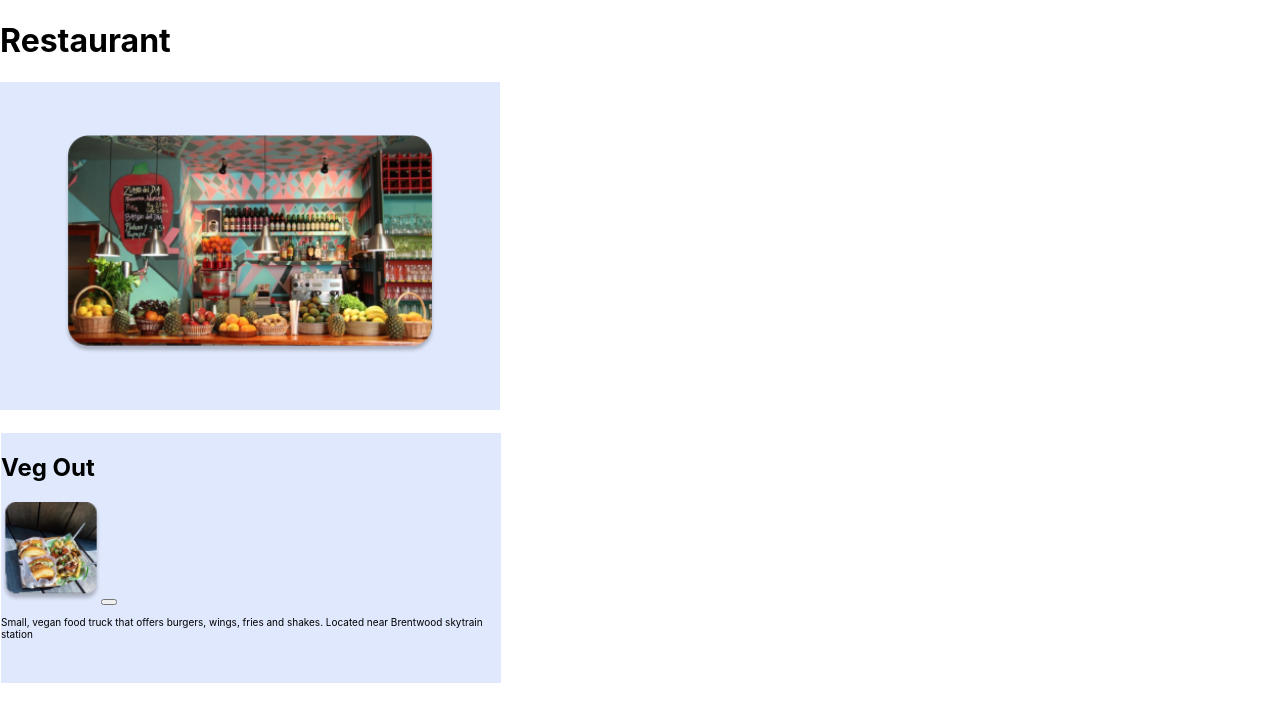
Repository: Kinakopan/design_mindfulEating_site
Page: /restaurant (app in firstapp/)
These files come from the project's save history. The page is drawn as it stood at one moment and after the next save; the edit follows.
The browser window is 1280 px wide. The pictures show the whole page.
The project was rebuilt for these pictures with package versions that can differ from the ones it lists, and the page was loaded fresh each time. The framework's server and built-in components were replaced by stand-ins that run in the browser. Also part of the build but not shown: firstapp/next.config.js.

Above is the page before, as saved 2022-04-20 16:22:03.

After the next save:
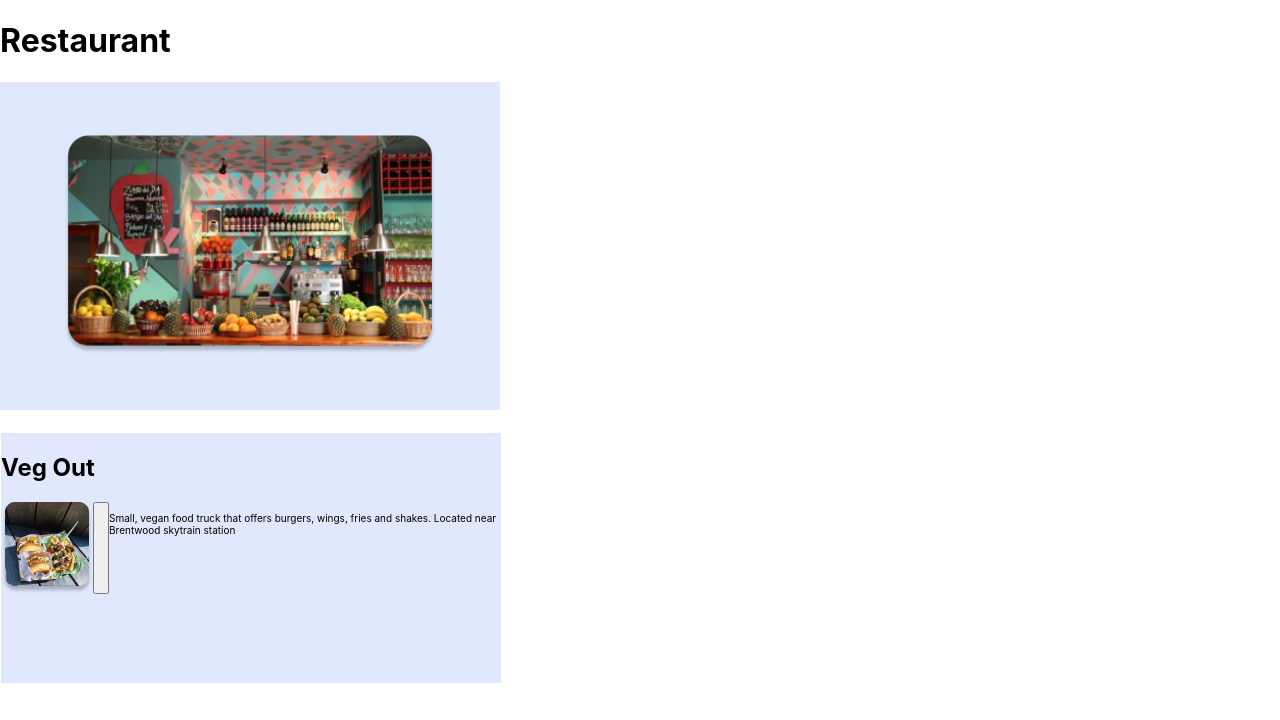
Saved 7 s later.
--- a/firstapp/comps/RestaurantCard.js
+++ b/firstapp/comps/RestaurantCard.js
@@ -21,15 +21,13 @@ padding: 1 1 auto auto;
 
 const Text = styled.p`
 font-size: 10px;
-top: 100px;
-margin: 2 2 2 2;
 
 `
 ;
 
 
 const ResItem = styled.div`
-    display: reletive;
+    display: flex;
 `
 ;
 
